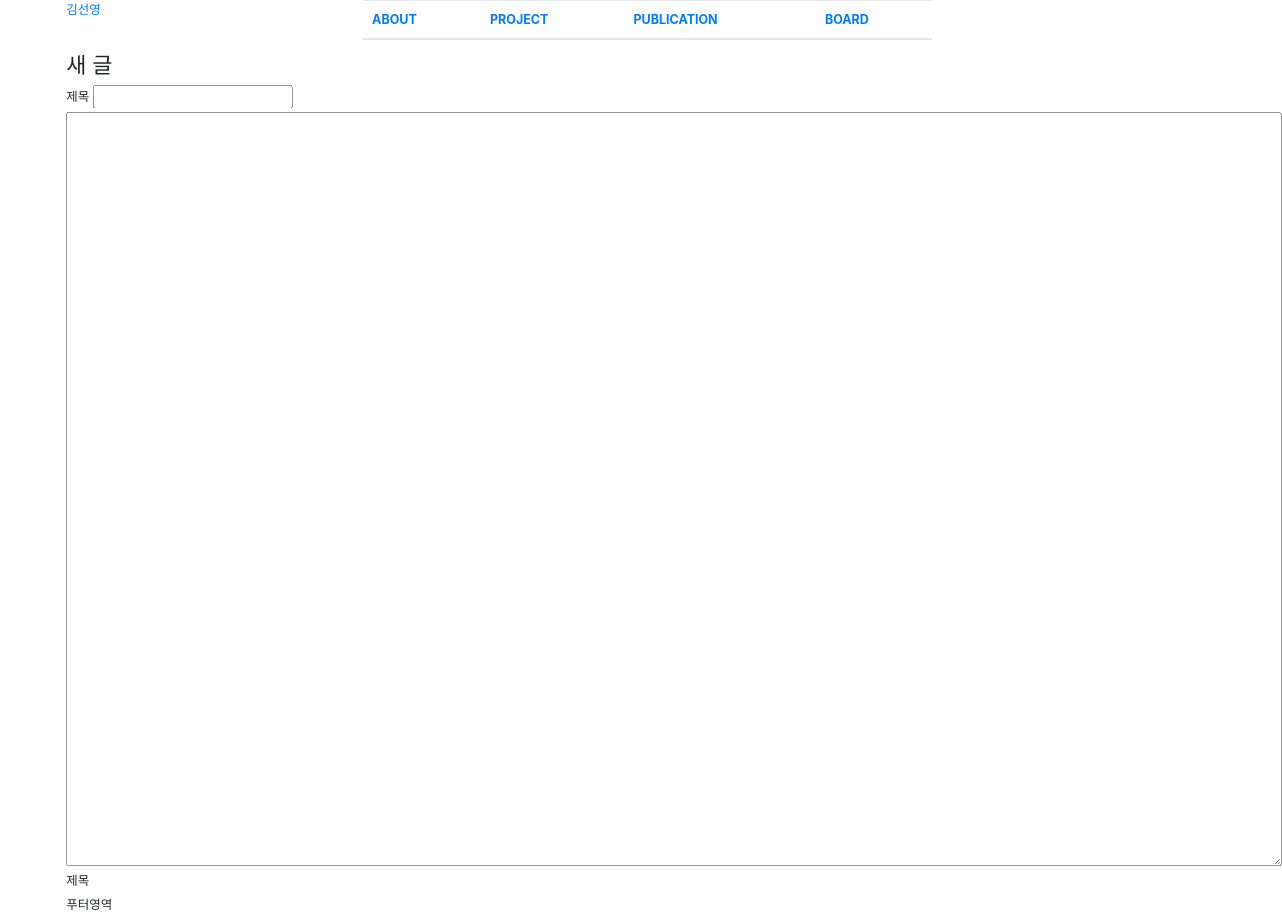
Repository: supremest35/web-projects
Page: http://localhost/noticeboard/board/form.jsp
These files come from the project's save history. The page is drawn as it stood at one moment and after the next save; the edit follows.
The browser window is 1280 px wide. The page is 1643 px wide, so the pictures cover 1643 px, including what lies to the right of the window. The pictures show the whole page, at 78% of full size.
The page is served by Tomcat 9.

Above is the page before, as saved 2020-12-06 04:20:14.

After the next save:
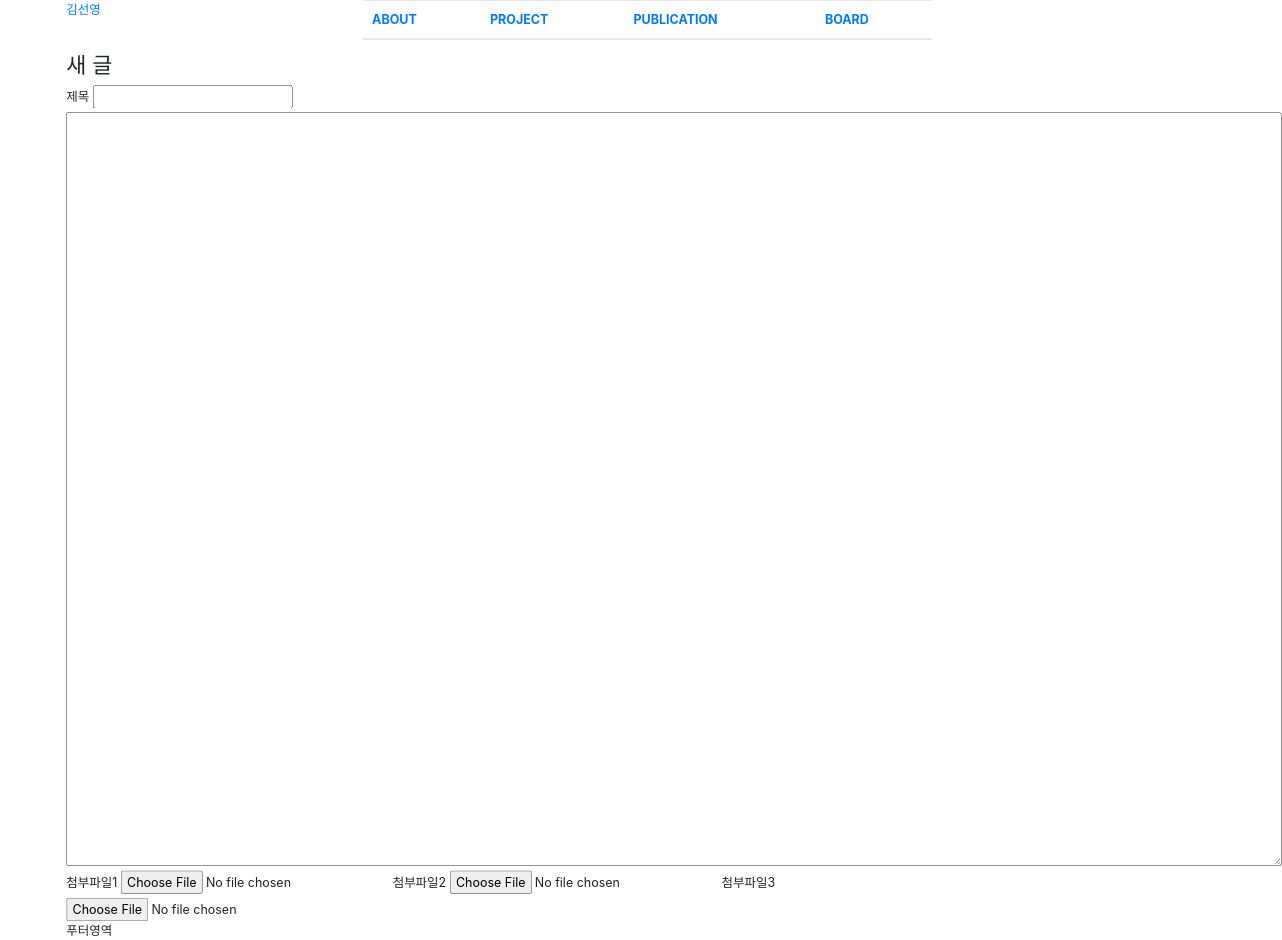
Saved 2 min 6 s later.
--- a/noticeboard/WebContent/board/form.jsp
+++ b/noticeboard/WebContent/board/form.jsp
@@ -38,10 +38,15 @@
 					<input type="text" name="title" />
 				</div>
 				<div>
-					<textarea rows="40" cols="150"></textarea>
+					<textarea rows="40" cols="150" name="document"></textarea>
 				</div>
 				<div>
-					<label>제목</label>
+					<label>첨부파일1</label>
+					<input type="file" name="photofile1" />
+					<label>첨부파일2</label>
+					<input type="file" name="photofile2" />
+					<label>첨부파일3</label>
+					<input type="file" name="photofile3" />
 				</div>
 			</form>
 		</div>
